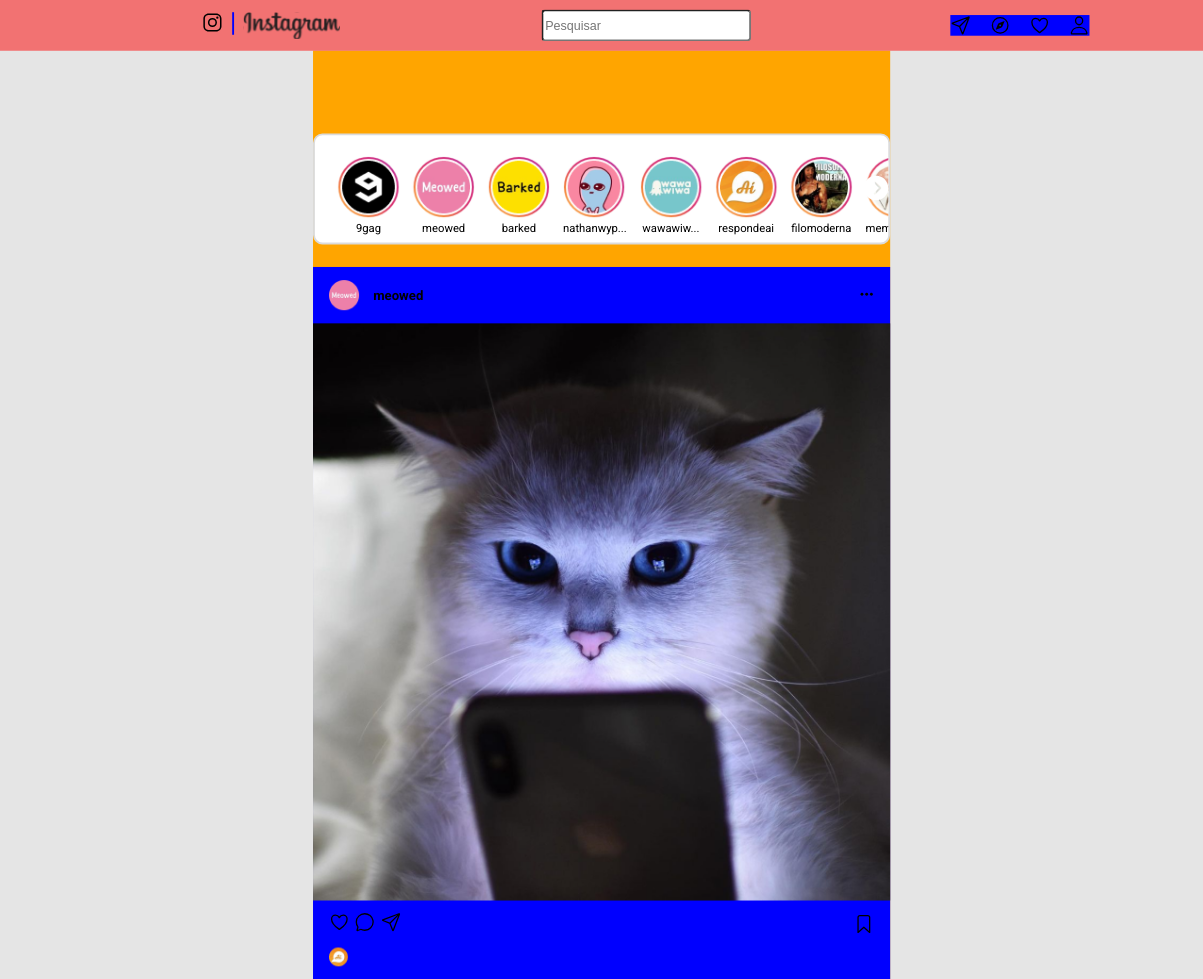
Repository: Zezinoo/proj-2-instagram-clone
Page: index.html
These files come from the project's save history. The page is drawn as it stood at one moment and after the next save; the edit follows.
The browser window is 1280 px wide. The pictures show the whole page, at 94% of full size.
Some web libraries are served in a nearby version.

Above is the page before, as saved 2022-06-04 20:52:34.

### index.html
<!DOCTYPE html>
<html lang="en">
<head>
    <meta charset="UTF-8">
    <meta http-equiv="X-UA-Compatible" content="IE=edge">
    <meta name="viewport" content="width=device-width, initial-scale=1.0">
    <link rel="stylesheet" href="reset.css">
    <link rel="stylesheet" href="style.css">
    <link rel="preconnect" href="https://fonts.googleapis.com">
    <link rel="preconnect" href="https://fonts.gstatic.com" crossorigin>
    <link href="https://fonts.googleapis.com/css2?family=Encode+Sans:wght@100;200;300;400;500;600;700&family=Roboto:ital,wght@0,100;0,300;0,400;0,500;0,700;1,100;1,300;1,400;1,500&display=swap" rel="stylesheet">
    <title>Instagram</title>
</head>
<body>
<div class="top">
    <div class = "align-top">
        <div class = "logo">
            <ion-icon name="logo-instagram" style="font-size:22px"></ion-icon>
        <div class="vertical-line"></div>
            <img src="./imgs/logo 1.svg" alt="">
    </div>
        <div class="search-bar">
            <input type="text" placeholder="Pesquisar">
        </div>
    <div class="top-icons">
        <ion-icon name="paper-plane-outline"></ion-icon>
        <ion-icon name="compass-outline"></ion-icon>
        <ion-icon name="heart-outline"></ion-icon>
        <ion-icon name="person-outline"></ion-icon>
    </div>
    </div>
</div>
<div class="content">
    <div class="stories">
        <div class="story">
            <img src="./imgs/stories_background 3.png" alt="">
            <div class="user-logo">
                <img src="./imgs/9gag 1.png" alt="">
            </div>
            <div class="user-name">
                9gag
            </div>
        </div>
        <div class="story">
            <img src="./imgs/stories_background 3.png" alt="">
            <div class="user-logo">
                <img src="./imgs/meowed 1.png" alt="">
            </div>
            <div class="user-name">
                meowed
            </div>
        </div>
        <div class="story">
            <img src="./imgs/stories_background 3.png" alt="">
            <div class="user-logo">
                <img src="./imgs/barked 1.png" alt="">
            </div>
            <div class="user-name">
                barked
            </div>
        </div>
        <div class="story">
            <img src="./imgs/stories_background 3.png" alt="">
            <div class="user-logo">
                <img src="./imgs/nathanwpylestrangeplanet 1.png" alt="">
            </div>
            <div class="user-name">
                nathanwyp...
            </div>
        </div>
        <div class="story">
            <img src="./imgs/stories_background 3.png" alt="">
            <div class="user-logo">
                <img src="./imgs/wawawiwacomicsa 1.png" alt="">
            </div>
            <div class="user-name">
                wawawiw...
            </div>
        </div>
        <div class="story">
            <img src="./imgs/stories_background 3.png" alt="">
            <div class="user-logo">
                <img src="./imgs/respondeai 1.png" alt="">
            </div>
            <div class="user-name">
                respondeai
            </div>
        </div>
        <div class="story">
            <img src="./imgs/stories_background 3.png" alt="">
            <div class="user-logo">
                <img src="./imgs/filomoderna 1.png" alt="">
            </div>
            <div class="user-name">
                filomoderna
            </div>
        </div>
        <div class="story">
            <img src="./imgs/stories_background 3.png" alt="">
            <div class="user-logo">
                <img src="./imgs/memeriagourmet 1.png" alt="">
            </div>
            <div class="user-name">
                memeriagourmet
            </div>
            <div class="arrow">
                <ion-icon name="chevron-forward-circle"></ion-icon>
            </div>
        </div>
    </div>
    <div class="post">
        <div class="info">
            <div class="op">
                <img src="./imgs/meowed 2.png" alt="">
                <div class="op-name">
                meowed
                </div>
            </div>
            <div class="dots">
                <ion-icon name="ellipsis-horizontal"></ion-icon>
            </div>
        </div>
        <img src="./imgs/gato-telefone 1.png" alt="">
        <div class="bottom">
            <div class="post-icons">
                <div class="left-icons">
                    <ion-icon name="heart-outline"></ion-icon>
                    <ion-icon name="chatbubble-outline"></ion-icon>
                    <ion-icon name="paper-plane-outline"></ion-icon>
                </div>
                <ion-icon name="bookmark-outline"></ion-icon>
            </div>
            <div class="comments">
                <div class="follow-image">
                    <img src="./imgs/respondeai 2.png" alt="">
                </div>
            </div>
        </div>
    </div>
</div>

<script src="https://unpkg.com/ionicons@5.4.0/dist/ionicons.js"></script>

</body>
</html>

### style.css

body{
    background-color: #e5e5e5;
    display: flex;
    flex-direction: column;
    align-items: center;
    justify-content: center;
    font-family: 'Roboto', sans-serif;
}


.top {
    width: 100%;
    height: 54px;
    display: flex;
    flex-direction: row;
    justify-content: space-around;
    align-items: center;
    background-color: rgba(255, 0, 0, 0.5);
    position: relative;
    z-index: 1;
}

.align-top{
    display: flex;
    flex-direction: row;
    align-items: center;
    justify-content: space-between;
    position: absolute;
    left: 215px;
    z-index: 1;
}

.logo{
    display: flex;
    position: relative;
    align-items: flex-start;
    width: 100%;
    margin-right: 214px;
}

.vertical-line{
    height: 22px;
    margin: 0 10px;
    border: blue 1px solid;
}

.search-bar{
    margin-right: 212px;
}

.search-bar input{
    height: 28px;
    width: 215px;
    border-radius: 4px;
}

.top-icons{
    width: 100%;
    display: flex;
    flex-direction:row;
    justify-content:space-between;
    background-color:blue;
}

.top-icons ion-icon{
    font-size: 22px;
    margin-right: 20px;
}
.top-icons ion-icon:nth-child(4){
    margin-right: 0px;
}

.content{
    display: flex;
    flex-direction: column;
    background-color: orange;
}

strong{
    font-weight: bold;
}

.stories{
    margin-top: 88px;
    margin-bottom: 24px;
    width: 614px;
    height:118px;
    display: flex;
    flex-direction: row;
    align-items: center;
    position: relative;
    justify-content: flex-start;
    background-color: #FFFFFF;
    overflow: hidden;
    border-radius: 10px;
    border: 2px solid #DBDBDB;
    box-sizing: border-box;
}
.stories .story:nth-child(1){
    margin-left:24px;
}

.story{
    display: flex;
    flex-direction: column;
    justify-content: center;
    margin-right: 14px;
    margin-top: 20px;
    position: relative;
}

.story img{
    width: 66px;
    height: 66px;
}

.story .user-logo{
    display: flex;
    position: absolute;
    top: 5px;
    left: 5px;
    z-index: 1;
}

.story .user-name{
    margin-top: 5px;
    display: flex;
    justify-content: center;
    height: 19px;
    font-size: 12px;
}

.user-logo img{
    width: 56px;
    height: 56px;
}

.arrow {
    position: absolute;
    top: 18px;
    left: -5px;
    font-size: 32px;
    z-index: 3;
    color: #FFFFFF ;
    text-shadow: 60px -16px green;
}

.post{
    background-color: blue;
    display: flex;
    flex-direction: column;
    width: 614px;

}

.post .info {
    height: 60px;
    display: flex;
    align-items: center;
    justify-content: space-between;
}

.post .info .op{
    display: flex;
    flex-direction: row;
    box-sizing: border-box;
    margin-left: 17px;
    justify-content: space-evenly;
    align-items: center;
}

.op .op-name{
    margin-left: 15px;
    font-weight: bold;
    font-size: 14px;
}

.info .dots{
    margin-right: 17px;
    font-size: 16px;
}

.post .bottom{
    margin: 0 17px;
    margin-top: 10px;
}

.bottom .post-icons{
    height: 30px;
    font-size: 22px;
    display: flex;
    justify-content: space-between;
    align-items: center;
}

.post-icons .left-icons{
    margin-right: 14px;
}

.bottom .comments{
    display: flex;
    align-items: center;
    margin-top: 10px;
    margin-bottom: 14px;
}
.comments .follow-image{
    height: 20px;
    width: 20px;
    margin-right: 5px;
}
.follow-image img{
    width: 100%;
    height: 100%;
}

.comments .comment-message{
    font-size: 14px;
}

Loaded but not shown: reset.css (common file)

After the next save:
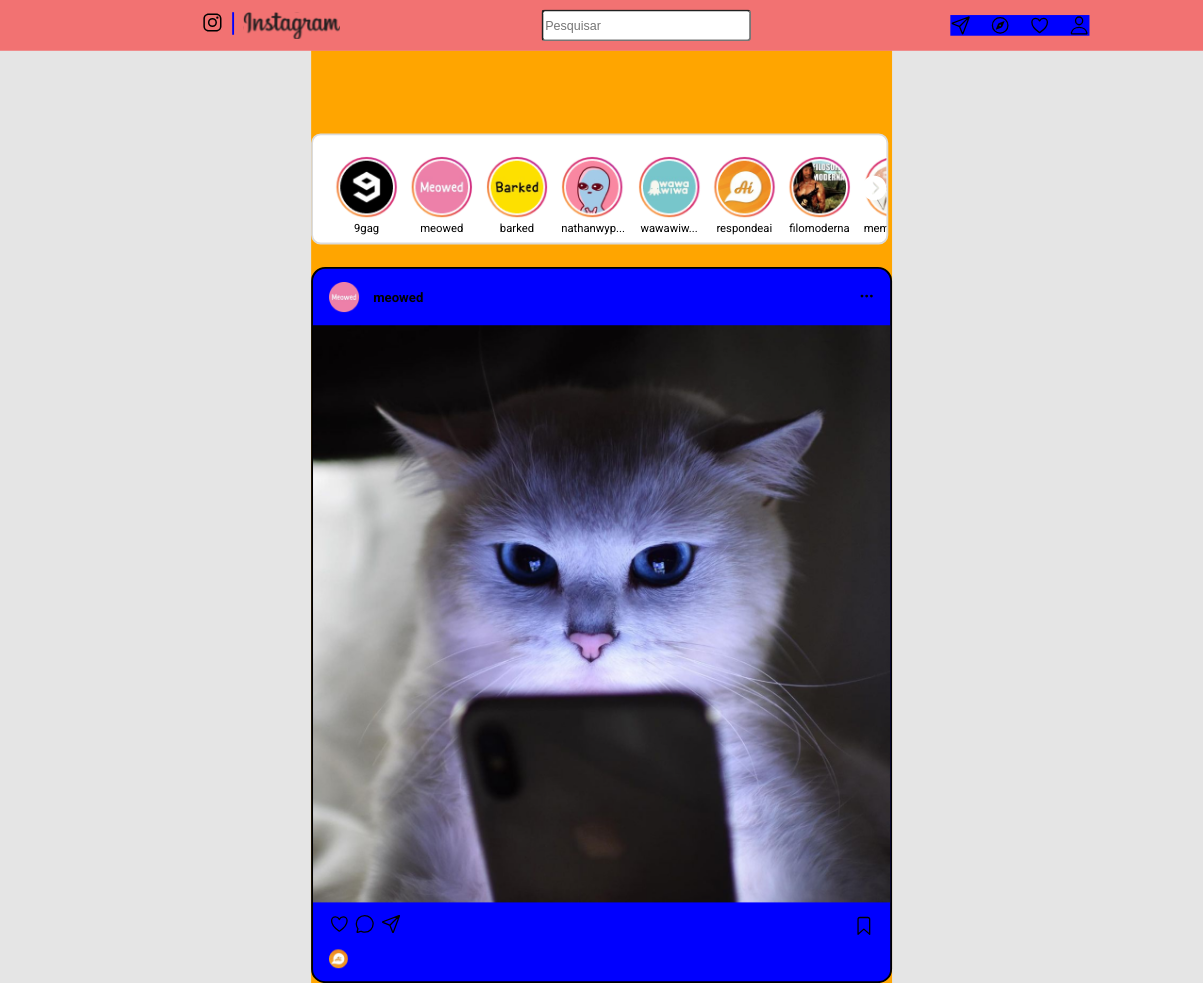
Saved 39 s later.
--- a/style.css
+++ b/style.css
@@ -151,6 +151,8 @@
     display: flex;
     flex-direction: column;
     width: 614px;
+    border: 2px solid ;
+    border-radius: 15px;
 
 }
 
